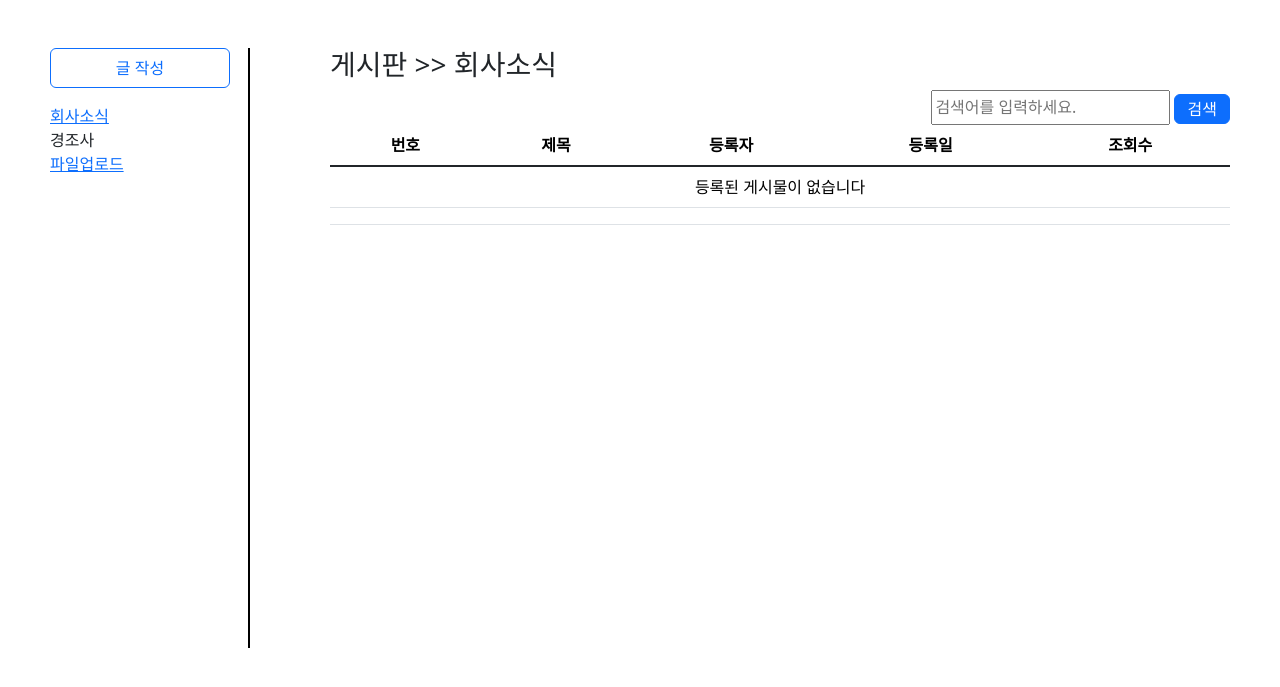
Repository: KimDongGyuu/final
Page: http://localhost/aceworks/WEB-INF/views/company_news/company_news_List.jsp
The author's editor kept a copy of each file at every save. The page is drawn from the files as they stood at one save, then again after the next save.
The browser window is 1280 px wide. The pictures show the whole page.
The page is served by Tomcat 9. Nobody is signed in. The template is opened directly, without the code that normally fills it, so the values that code supplies are empty.

Above is the page before, as saved 2024-03-17 04:05:17.

After the next save:
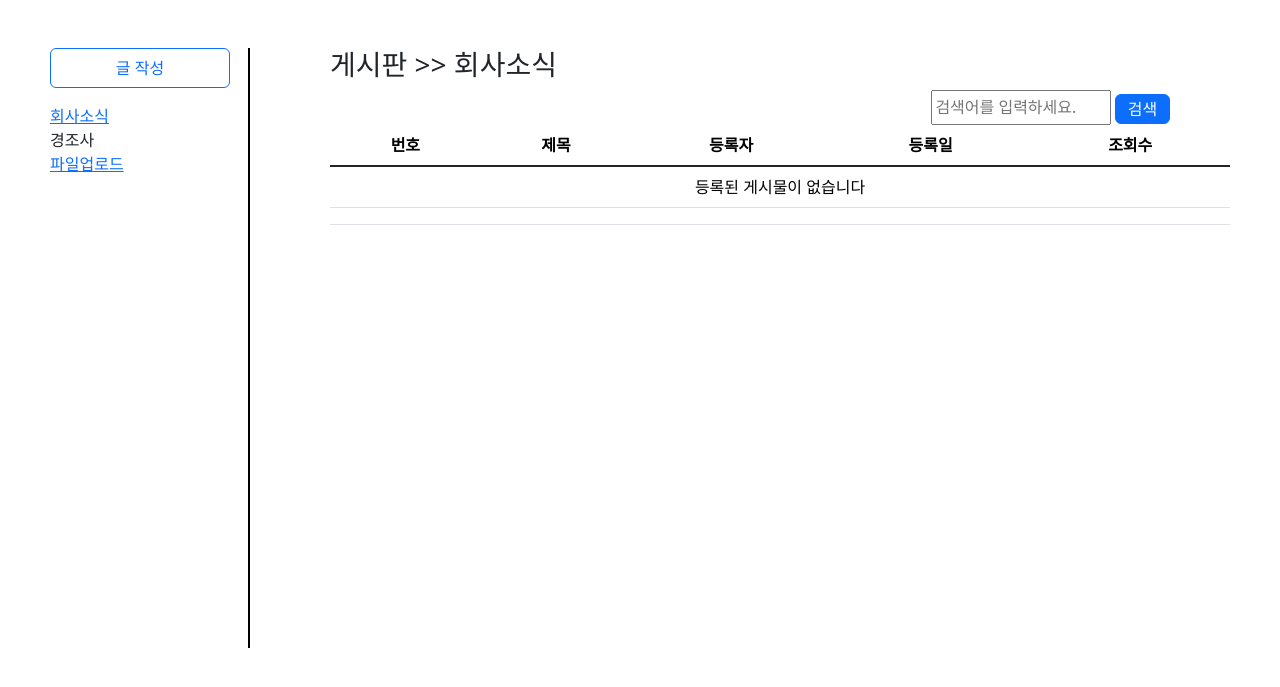
Saved 9 s later.
--- a/aceworks/src/main/webapp/WEB-INF/views/company_news/company_news_List.jsp
+++ b/aceworks/src/main/webapp/WEB-INF/views/company_news/company_news_List.jsp
@@ -49,7 +49,7 @@ h3 {
 		<div class="mt-5 mb-2"><span class="h3">게시판 &gt;&gt; 회사소식</span></div>
 <div class="mt-2 d-flex gap-2 justify-content-end">
     <form action="company_newsSearch.do">
-        <input type="text" id="searchKeyword" name="keyword" placeholder="검색어를 입력하세요." style="width:80%; height: 35px;">
+        <input type="text" id="searchKeyword" name="keyword" placeholder="검색어를 입력하세요." style="width:60%; height: 35px;">
         <button id="Sbt" type="submit" class="btn btn btn-primary">검색</button>
     </form>
 </div>
